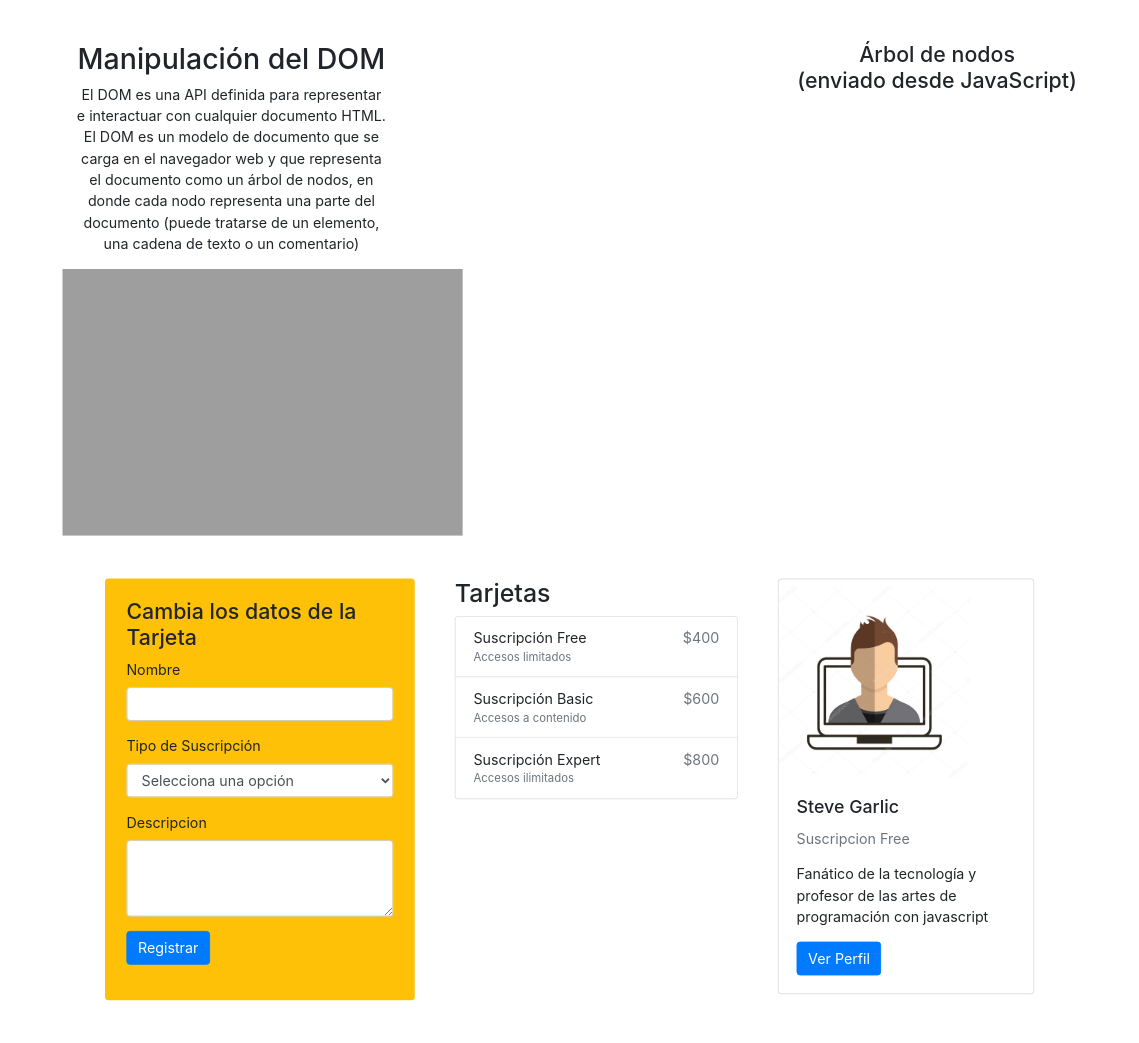
Repository: pedro-donoso/manipulacion-dom
Page: index.html
An editor plug-in stored every save of this project. The page is shown before and after the next save, followed by the edit.
The browser window is 1280 px wide. The pictures show the whole page, at 89% of full size.
Pictures or frames that could not be fetched are drawn as grey boxes.

Above is the page before, as saved 2024-02-06 14:39:14.

### index.html
<!doctype html>
<html lang="es">

<head>
    <!-- Required meta tags -->
    <meta charset="utf-8">
    <meta name="viewport" content="width=device-width, initial-scale=1, shrink-to-fit=no">

    <!-- Bootstrap CSS -->
    <link rel="stylesheet" href="https://cdn.jsdelivr.net/npm/bootstrap@4.3.1/dist/css/bootstrap.min.css"
        integrity="sha384-ggOyR0iXCbMQv3Xipma34MD+dH/1fQ784/j6cY/iJTQUOhcWr7x9JvoRxT2MZw1T" crossorigin="anonymous">

    <title>Manipulación del DOM</title>
</head>

<body>

    <main class="container">

        <!-- 1- AGREGO CLASE container PARA MANIPULAR ESTE PÁRRAFO -->
        <div class="row mt-5 text-center justify-content-between" id="contenedor">
            <div class="col-4 col-md-4">
                <h2>Manipulación del DOM</h2>
                <p class="text-center">
                    El DOM es una API definida para representar e interactuar con cualquier documento HTML.
                    El DOM es un modelo de documento que se carga en el navegador web y que representa el documento como
                    un árbol de
                    nodos, en donde cada nodo representa una parte del documento (puede tratarse de un elemento, una
                    cadena de texto o un comentario)
                </p>
            </div>
        </div>
        <div class="row justify-content-between p-5">
            <div class="col-4 col-md-4 bg-warning rounded p-4">
                <h4>Cambia los datos de la Tarjeta</h4>
                <!-- 15- AGREGO id PARA ESCUCHAR EVENTO CLICK -->
                <form id="formulario">
                    <!-- 21- AGREGO ID DE CADA CAMPO -->
                    <label>Nombre</label>
                    <input type="text" class="form-control mb-3" id="nombre">
                    <label>Tipo de Suscripción</label>
                    <select id="suscripcion" class="form-control mb-3">
                        <option disabled selected>Selecciona una opción</option>
                        <option value="Suscripción Free">Suscripción Free</option>
                        <option value="Suscripción Basic">Suscripcion Basic</option>
                        <option value="Suscripción Expert">Suscripcion Expert</option>
                    </select>
                    <label>Descripcion</label>
                    <textarea rows="3" class="form-control mb-3" id="descripcion"></textarea>
                    <div>
                        <button class="btn btn-primary mb-3">Registrar</button>
                    </div>
                </form>
            </div>
            <div class="col-4 col-md-4">
                <h3>Tarjetas</h3>
                <div class="card">
                    <ul class="list-group list-group-flush">
                        <li class="list-group-item d-flex justify-content-between">
                            <div class="d-flex flex-column">
                                <span>Suscripción Free</span>
                                <small class="text-muted">Accesos limitados</small>
                            </div>
                            <div>
                                <span class="text-muted">$400</span>
                            </div>
                        </li>
                        <li class="list-group-item d-flex justify-content-between">
                            <div class="d-flex flex-column">
                                <span>Suscripción Basic</span>
                                <small class="text-muted">Accesos a contenido</small>
                            </div>
                            <div>
                                <span class="text-muted">$600</span>
                            </div>
                        </li>
                        <li class="list-group-item d-flex justify-content-between">
                            <div class="d-flex flex-column">
                                <span>Suscripción Expert</span>
                                <small class="text-muted">Accesos ilimitados</small>
                            </div>
                            <div>
                                <span class="text-muted">$800</span>
                            </div>
                        </li>
                    </ul>
                </div>
            </div>

            <!-- 8- AGREGO CARD -->
            <!-- 13- AGREGO ID PARA CAPTURAR CONTENEDOR -->
            <div class="row" id="contenedor_tarjeta">

            </div>

        </div>

    </main>

    <!-- Optional JavaScript -->
    <!-- jQuery first, then Popper.js, then Bootstrap JS -->
    <script src="https://code.jquery.com/jquery-3.3.1.slim.min.js"
        integrity="sha384-q8i/X+965DzO0rT7abK41JStQIAqVgRVzpbzo5smXKp4YfRvH+8abtTE1Pi6jizo"
        crossorigin="anonymous"></script>
    <script src="https://cdn.jsdelivr.net/npm/popper.js@1.14.7/dist/umd/popper.min.js"
        integrity="sha384-UO2eT0CpHqdSJQ6hJty5KVphtPhzWj9WO1clHTMGa3JDZwrnQq4sF86dIHNDz0W1"
        crossorigin="anonymous"></script>
    <script src="https://cdn.jsdelivr.net/npm/bootstrap@4.3.1/dist/js/bootstrap.min.js"
        integrity="sha384-JjSmVgyd0p3pXB1rRibZUAYoIIy6OrQ6VrjIEaFf/nJGzIxFDsf4x0xIM+B07jRM"
        crossorigin="anonymous"></script>

    <script src="./app.js"></script>
</body>

</html>

### app.js
// 2- CREO VARIABLE PARA MANIPULAR HTML
let contenedor = document.querySelector("#contenedor");

// 3- CREAR ELEMENTO SUBTITULO Y LE AGREGO PROPIEDADES
let subtitulo = document.createElement("h4");
subtitulo.innerText = "Árbol de nodos \n (enviado desde JavaScript)";

// 4- OBTENER EL CUERPO DEL DOCUMENTO
let body = document.body;

// 5- AGREGAR EL NUEVO ELEMENTO AL CUERPO DEL DOCUMENTO
body.appendChild(subtitulo);

// 6- AGREGO IMAGEN
let imagen = document.createElement("img");
imagen.src =
  "https://www.freecodecamp.org/news/content/images/2021/09/Document.jpg";
imagen.width = "450";
imagen.height = "300";
imagen.alt = "árbol de nodos";

// 7- AGREGO ELEMENTOS AL CONTENEDOR
contenedor.append(subtitulo, imagen);

// 13- AGREGO CONSTRUCTOR
const autor = {
  nombre: "Steve Garlic",
  suscripcion: "Suscripcion Free",
  descripcion:
    "Fanático de la tecnología y profesor de las artes de programación con javascript",
  imagen: "./img/icono.jpg"
};

// 19- Agrego const crearTarjeta y agrego todas las funciones del código
const crearTarjeta = () => {
  // 25- CREO DOCUMENTO VACIO
  document.querySelector("#contenedor_tarjeta").innerHTML = "";

  // 9- CREO ESTRUCTURA DEL CODIGO
  let columnaTarjeta = document.createElement("div");
  columnaTarjeta.className = "col";

  // 10- CREO TEMPLATE STRING DEL CONTENIDO DE LA TARJETA AUTOR
  // 14- AGREGO DATOS DEL CONSTRUCTOR (13)
  // 17- CREO EVENTO onclick
  // 19- LLAMAR A eventoClick CON event
  let tarjetaAutor = ` <div class="card" style="width: 18rem;">
        <img class="card-img-top pt-2 w-75" src="${autor.imagen}" alt="Card image cap">
        <div class="card-body">
            <h5 class="card-title">${autor.nombre}</h5>
             <p class="text-muted">${autor.suscripcion}</p>
            <p class="card-text">${autor.descripcion}</p>

            <button class="btn btn-primary" onclick="eventoClick(event)">Ver Perfil</button>
        </div>
    </div>`;

  // 11- AGREGO TEMPLATE STRING A columnaTarjeta (HIJO)
  columnaTarjeta.innerHTML = tarjetaAutor;

  // 12- AGREGO columnaTarjeta AL CONTENEDOR (PADRE) MEDIANTE LA SELECCIÓN DEL ID #contenedor_tarjeta
  document.querySelector("#contenedor_tarjeta").append(columnaTarjeta);
};

// 16- Creo constante modificarAutor para agregarla al form en index.html, la función recibirá un evento
  const modificarAutor= (event) => {
    console.log(event);
    event.preventDefault();

    // 22- CAPTURO CAMPOS DEL FORMULARIO
    let nombre = document.querySelector("#nombre").value;
    let suscripcion = document.querySelector("#suscripcion").value;
     let descripcion = document.querySelector("#descripcion").value;

    // 23- LLAMO A LA CONSTANTE AUTOR
    autor.nombre = nombre;
    autor.suscripcion = suscripcion;
    autor.descripcion = descripcion;

    // 24- SE VUELVE A CREAR LA TARJETA CON LOS NUEVOS DATOS
    crearTarjeta();
  };


// 18- CAPTURO EVENTO CLIC DEL BOTON EN EL form MEDIANTE EL ID formulario
document.getElementById("formulario").addEventListener("submit",modificarAutor);

// 20- LLAMO A LA FUNCIÓN
crearTarjeta();

After the next save:
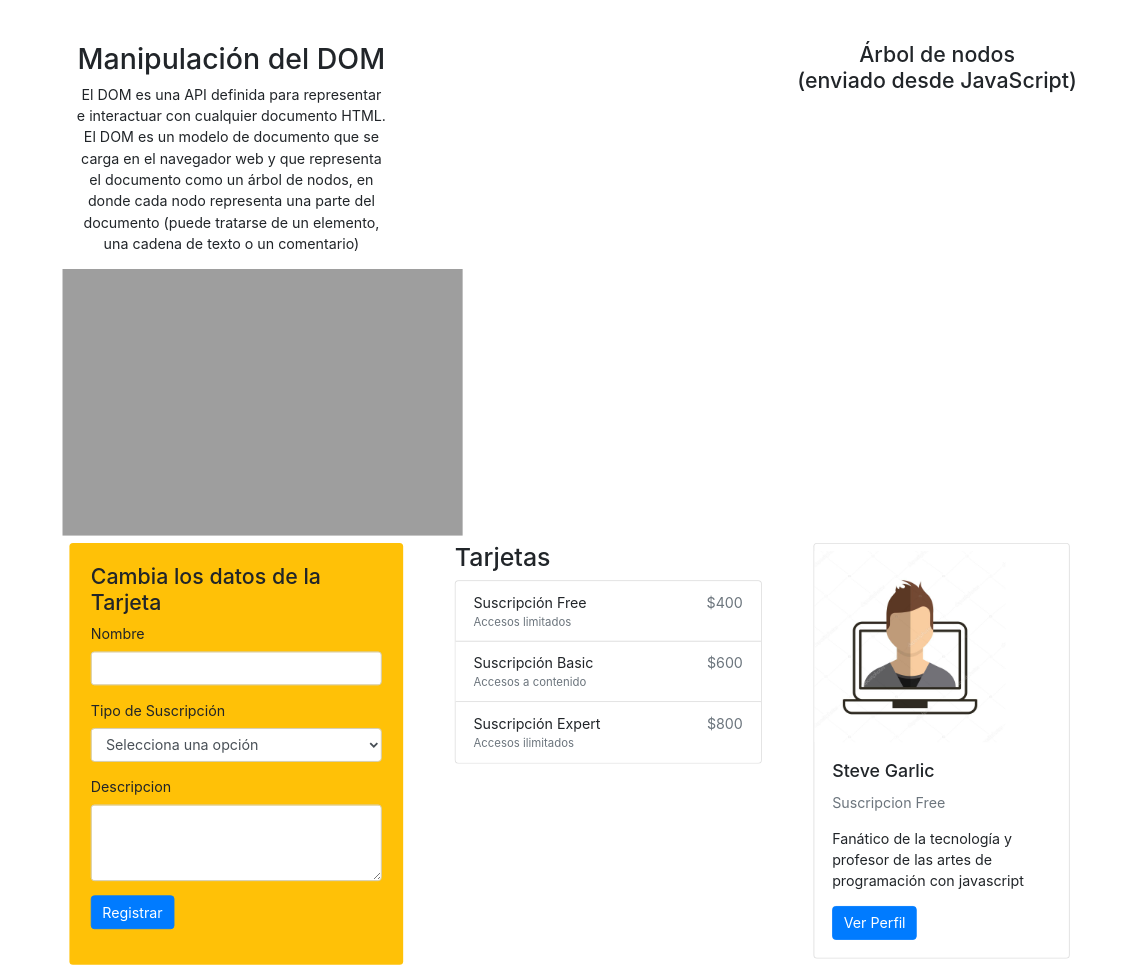
Saved 7 s later.
--- a/index.html
+++ b/index.html
@@ -30,7 +30,7 @@
                 </p>
             </div>
         </div>
-        <div class="row justify-content-between p-5">
+        <div class="row justify-content-between p-2">
             <div class="col-4 col-md-4 bg-warning rounded p-4">
                 <h4>Cambia los datos de la Tarjeta</h4>
                 <!-- 15- AGREGO id PARA ESCUCHAR EVENTO CLICK -->
